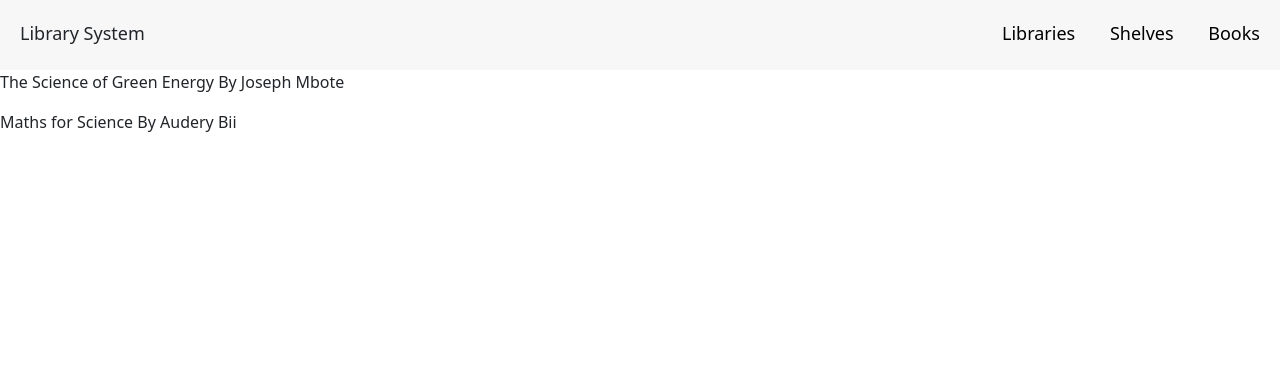
Repository: Mbote-Joseph/Library-Shelves-Books-Managements
Page: http://localhost/book
These files come from the project's save history. The page is drawn as it stood at one moment and after the next save; the edit follows.
The browser window is 1280 px wide. The pictures show the whole page.
The page is served by the project's application, run on Django 5.2 (manage.py). The page reads the database file committed with the project.

Above is the page before, as saved 2025-12-30 19:37:14.

After the next save:
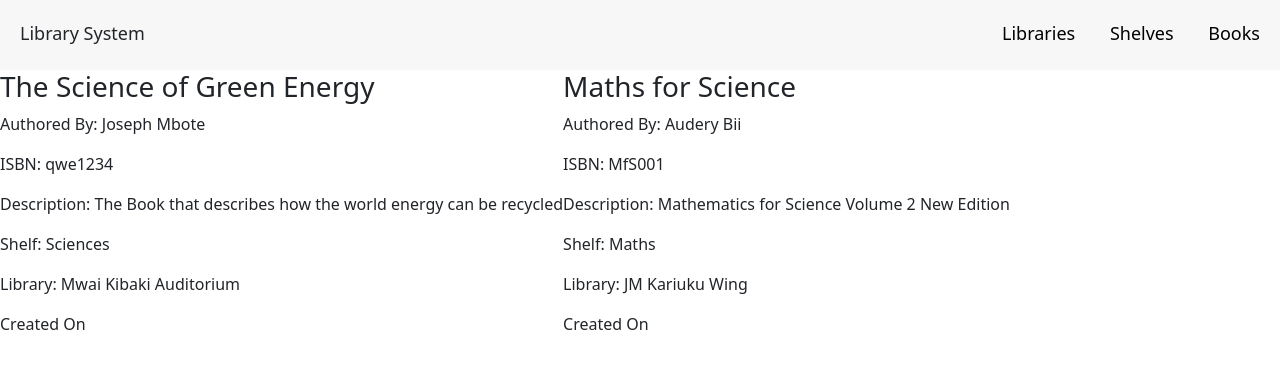
Saved 3 min 31 s later.
--- a/books/templates/books/book_view.html
+++ b/books/templates/books/book_view.html
@@ -6,7 +6,17 @@
 
 
 {% block content %}
+    <div class="cards">
     {% for book in books %}
-        <p> {{book}} </p>
+        <div class="book">
+            <h3> {{book.title}} </h3>
+            <p> Authored By:  {{book.author}} </p>
+            <p> ISBN:  {{book.isbn}} </p>
+            <p> Description:  {{book.description}} </p>
+            <p> Shelf:  {{book.shelf.label}} </p>
+            <p> Library: {{book.shelf.library.name}} </p>
+            <p> Created On {{shelf.created_on}} </p>
+        </div>
     {% endfor %}
+    </div>
 {% endblock %}
